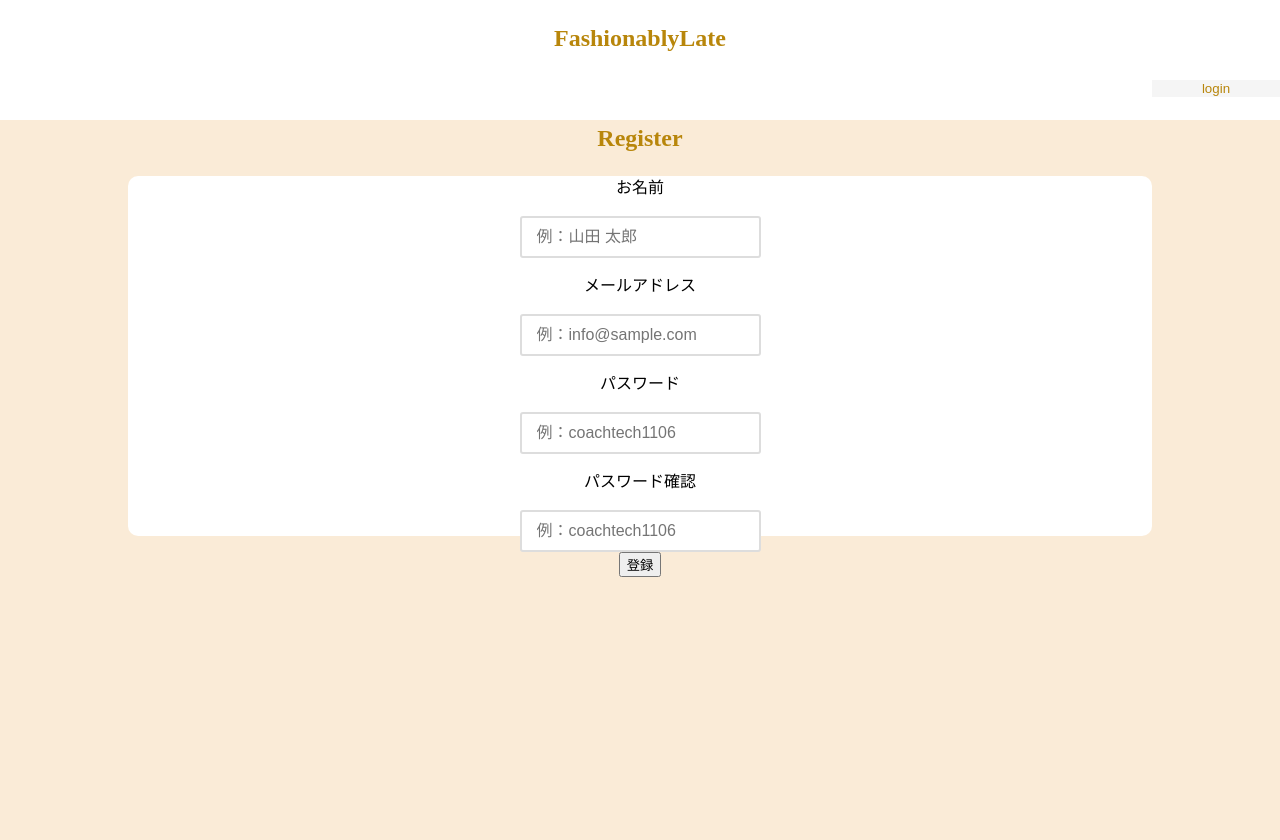
Repository: tokisiro/test-form
Page: http://localhost/register
The author's editor kept a copy of each file at every save. The page is drawn from the files as they stood at one save, then again after the next save.
The browser window is 1280 px wide. The pictures show the whole page.
The page is served by the project's Laravel application, run on PHP 8.4 with Laravel 8. A made-up administrator, Test User (test@example.com), is signed in.

Above is the page before, as saved 2025-05-07 21:07:14.

After the next save:
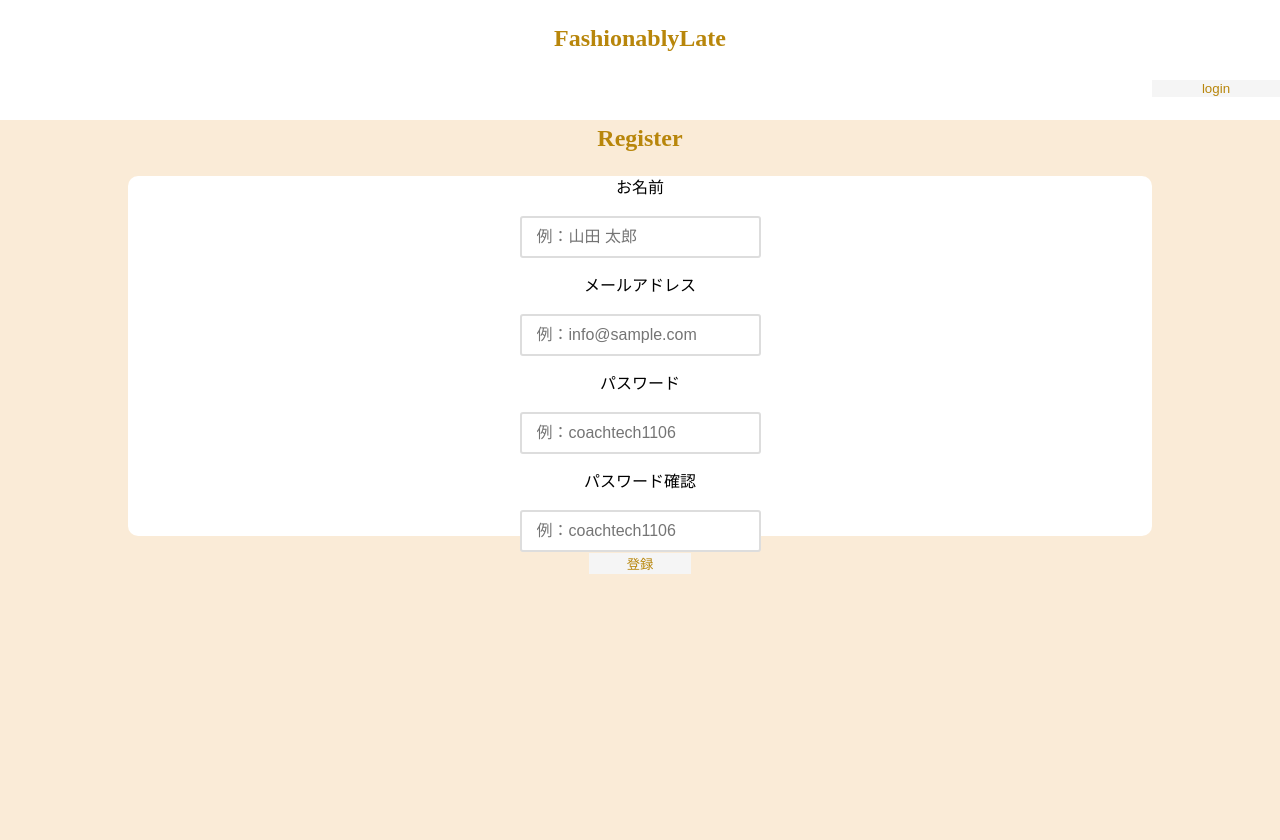
Saved 45 s later.
--- a/src/public/css/register.css
+++ b/src/public/css/register.css
@@ -55,7 +55,12 @@
 }
 
 .register-form__button-submit{
-
+    color: #B8860B;
+        background-color: whitesmoke;
+        border: 1px;
+        border-color: #B8860B;
+        width: 10%;
+        cursor: pointer;
 }
 input{
         padding: 10px 15px;
